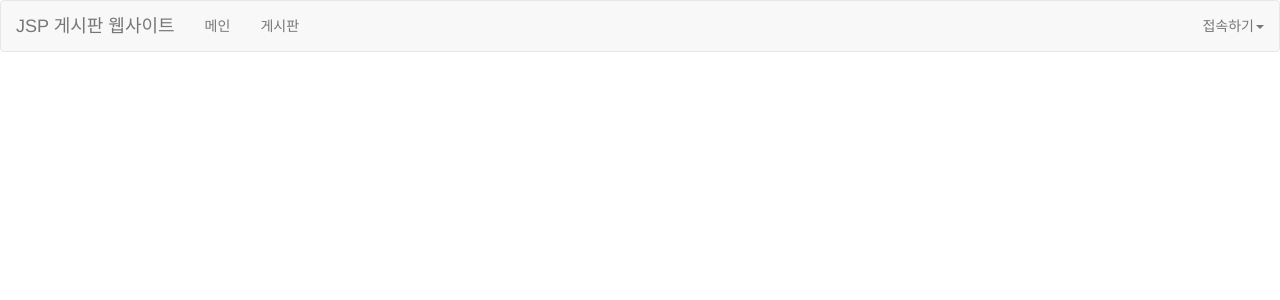
Repository: dofd6220/JSP-
Page: http://localhost/BBS/login.jsp
These files come from the project's save history. The page is drawn as it stood at one moment and after the next save; the edit follows.
The browser window is 1280 px wide. The pictures show the whole page.
Some web libraries are served in a nearby version. The page is served by Tomcat 9.

Above is the page before, as saved 2023-11-18 11:59:56.

After the next save:
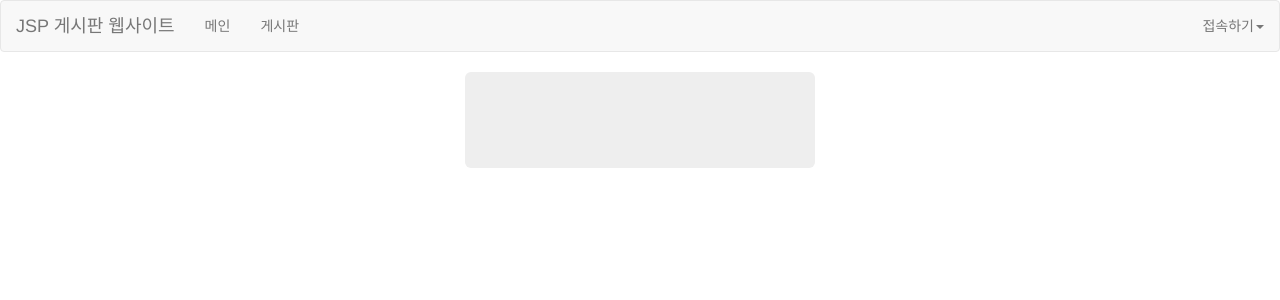
Saved 20 s later.
--- a/BBS/src/main/webapp/login.jsp
+++ b/BBS/src/main/webapp/login.jsp
@@ -42,7 +42,9 @@
 	</nav>
 	<div class="container">
 		<div class="col-lg-4"></div>
-		<div class="col-lg-4"></div>
+		<div class="col-lg-4">
+			<div class="jumbotron"></div>
+		</div>
 	</div>
 	<script src="https://code.jquery.com/jquery-3.1.1.min.js"></script>
 	<script src="js/bootstrap.js"></script>
